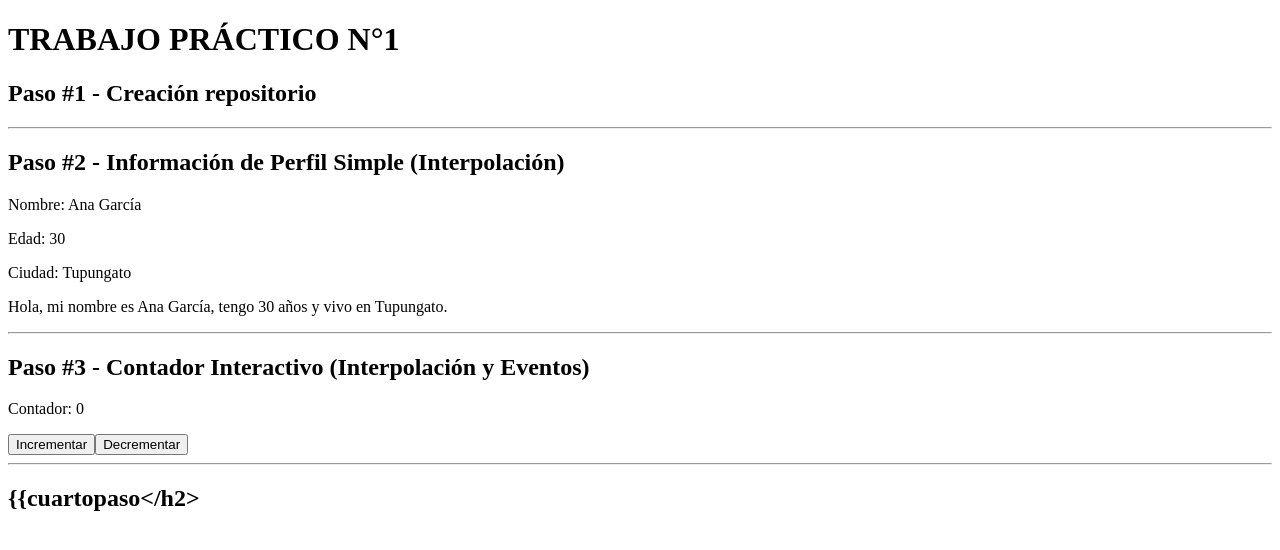
Repository: SofiaSferco/PWA
Page: practico01/index.html
The author's editor kept a copy of each file at every save. The page is drawn from the files as they stood at one save, then again after a run of saves.
The browser window is 1280 px wide. The pictures show the whole page.

Above is the page before, as saved 2025-10-02 22:31:38.

### practico01/index.html
<!DOCTYPE html>
<html lang="en">
<head>
    <meta charset="UTF-8">
    <title>Trabajo Práctico 1</title>
    <script src="https://unpkg.com/vue@3/dist/vue.global.js"></script>
</head>
<body>
    <div id="app">
        <h1>TRABAJO PRÁCTICO N°1</h1>
        <h2>Paso #1 - Creación repositorio</h2>
        <hr>
        <h2>{{ segundopaso }}</h2>
            <p>Nombre: {{ nombre }}</p>
            <p>Edad: {{ edad }}</p>
            <p>Ciudad: {{ ciudad }}</p>
            <p>Hola, mi nombre es {{ nombre }}, tengo {{ edad }} años y vivo en {{ ciudad }}.</p>
        <hr>
        <h2>{{ tercerpaso }}</h2>
            <p>Contador: {{ contador }}</p>
            <button v-on:click="contador++">Incrementar</button>
            <button @click="contador--">Decrementar</button>
        <hr>
        <h2>{{cuartopaso</h2>


    </div>
    <script>
        const { createApp } = Vue;
        createApp({
            data() {
                return {
                    segundopaso: 'Paso #2 - Información de Perfil Simple (Interpolación)',
                    nombre: 'Ana García',
                    edad: 30,
                    ciudad: 'Tupungato',
                    tercerpaso: 'Paso #3 - Contador Interactivo (Interpolación y Eventos)',
                    contador: 0,
                    cuartopaso: 'Lista de Tareas con Conteo y Estado Propiedades Computadas, Interpolación, Eventos)',

                }
            }
        }).mount('#app');
    </script>
</body>
</html>

After the next 2 saves:
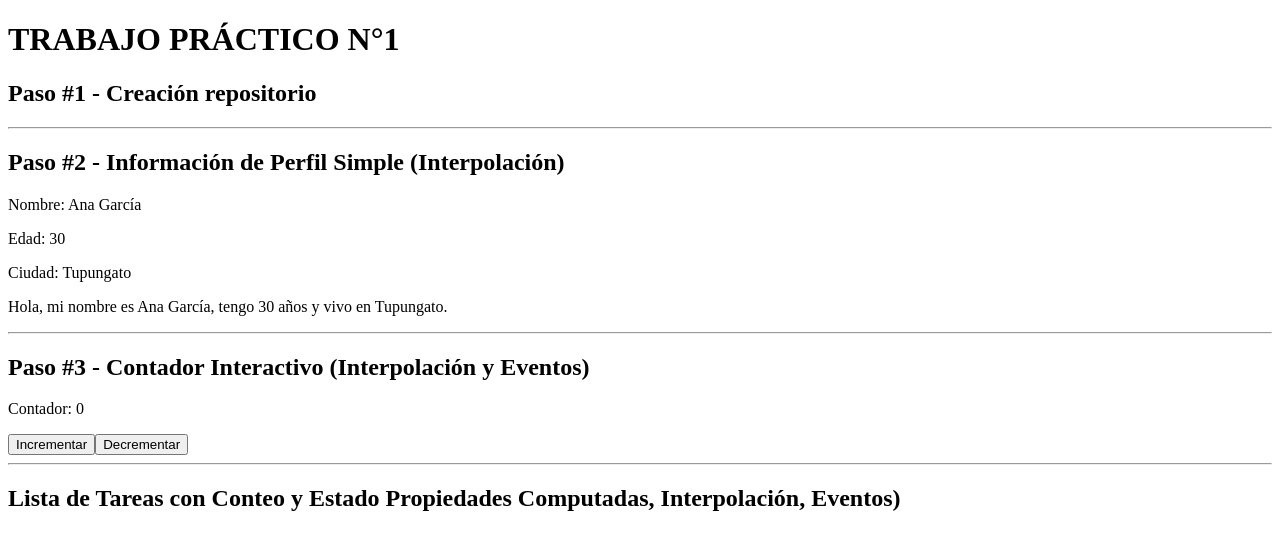
The 2 saves are shown as one change because they came seconds apart.
The last was saved 9 s later.
--- a/practico01/index.html
+++ b/practico01/index.html
@@ -21,7 +21,8 @@
             <button v-on:click="contador++">Incrementar</button>
             <button @click="contador--">Decrementar</button>
         <hr>
-        <h2>{{cuartopaso</h2>
+        <h2>{{cuartopaso}}</h2>
+
 
 
     </div>
